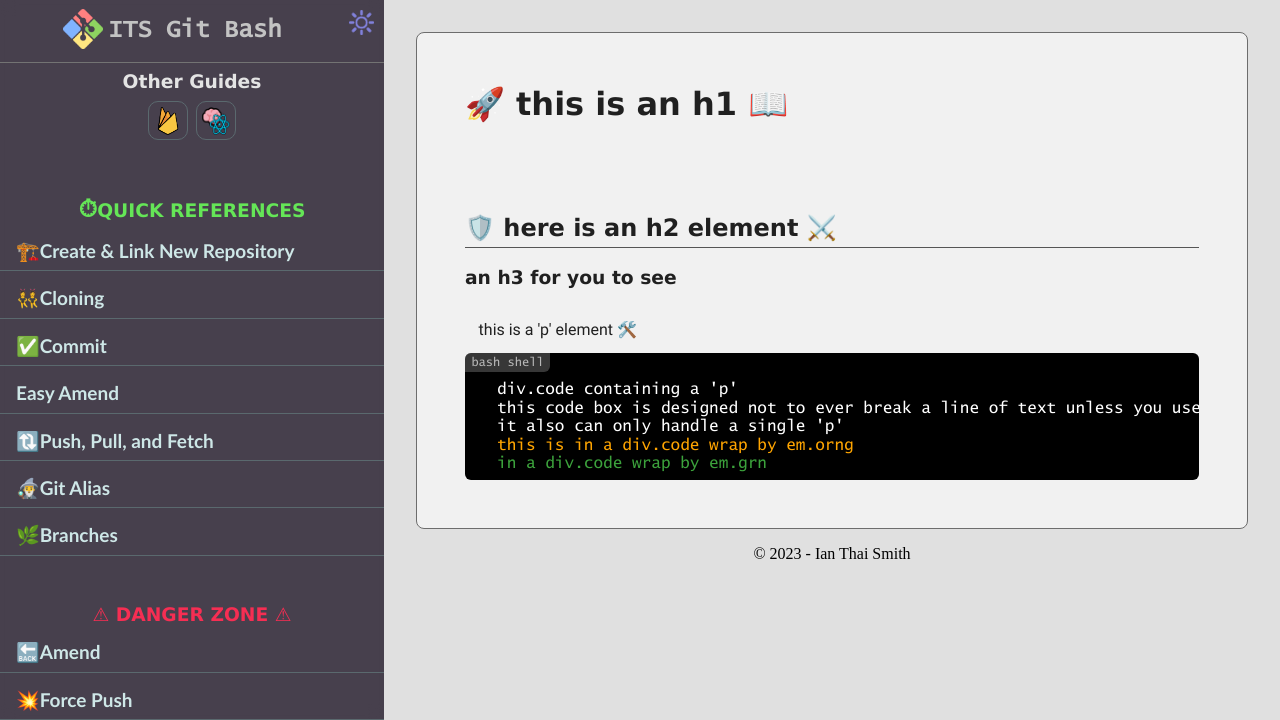
Repository: whyDoILoveThis/project__ITS_Git_Bash
Page: html/easy-amend.html
These files come from the project's save history. The page is drawn as it stood at one moment and after the next save; the edit follows.
The browser window is 1280 px wide. The pictures show the whole page.

Above is the page before, as saved 2025-07-05 12:59:56.

After the next save:
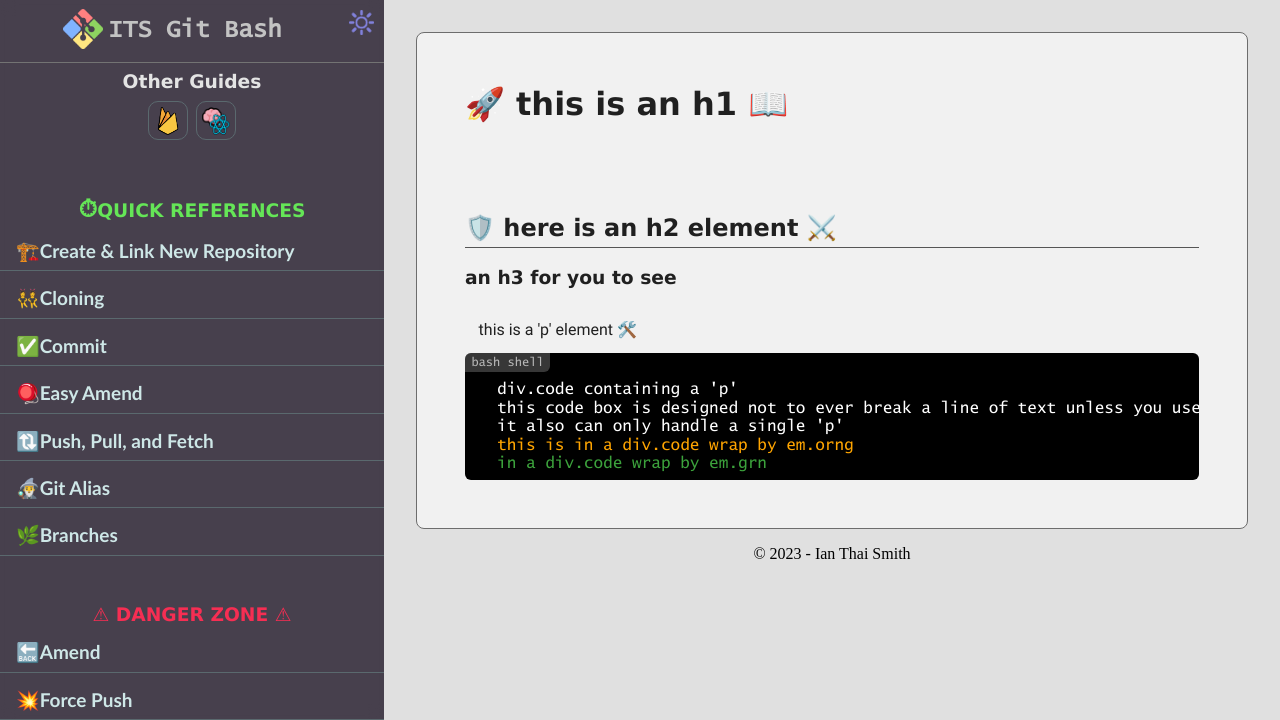
Saved 17 h 17 min later.
--- a/JS/dynamic-nav.js
+++ b/JS/dynamic-nav.js
@@ -201,7 +201,7 @@ const linkItem3v1 = document.createElement("li");
 linkItem3v1.classList.add("link");
 const linkEasyAmend = document.createElement("a");
 linkEasyAmend.href = "/html/easy-amend.html";
-linkEasyAmend.innerText = "Easy Amend";
+linkEasyAmend.innerText = "🪀Easy Amend";
 linkItem3v1.appendChild(linkEasyAmend);
 linkList.appendChild(linkItem3v1);
 
